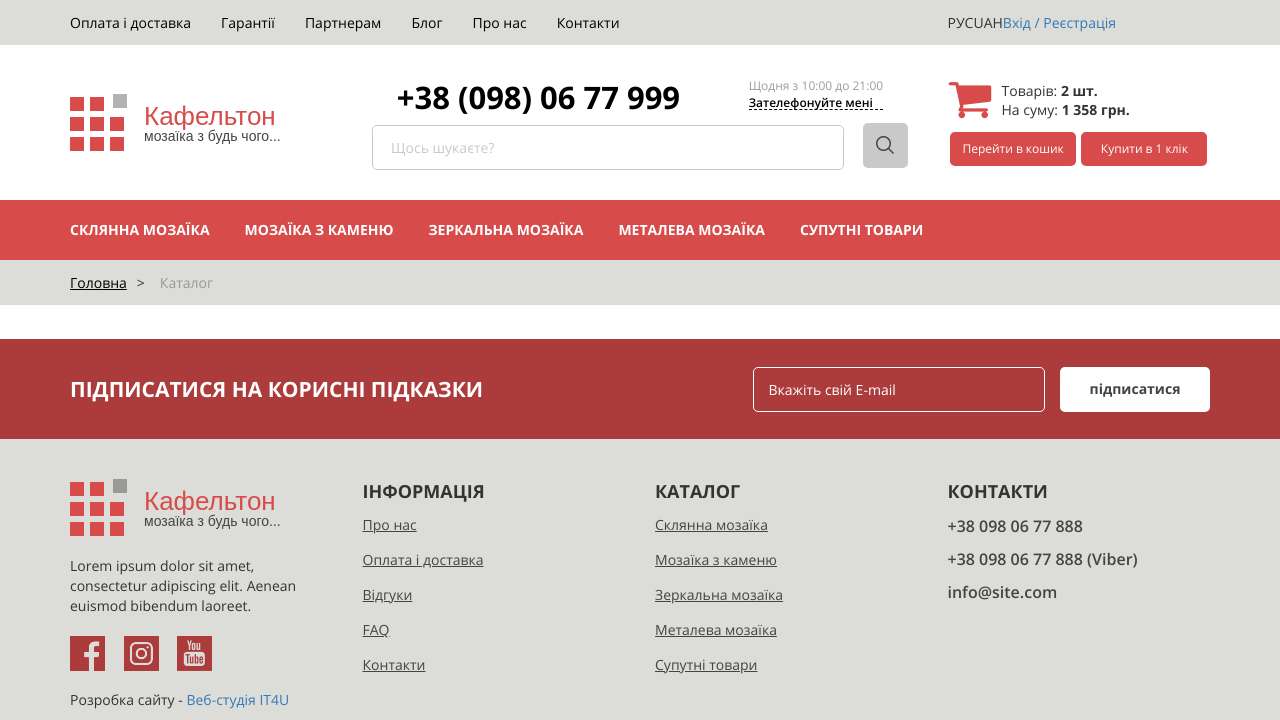
Repository: zellenka/mozaika
Page: app/index.html
An editor plug-in stored every save of this project. The page is shown before and after the next save, followed by the edit.
The browser window is 1280 px wide. The pictures show the whole page.
Some web fonts or font styles are not loaded; a fallback is used. The style sheet was rebuilt from its Sass, Less or Tailwind sources for each picture, by a compiler version that may differ from the author's.

Above is the page before, as saved 2018-07-13 16:32:07.
Console error (its wording comes from the project's code and is left out).

After the next save:
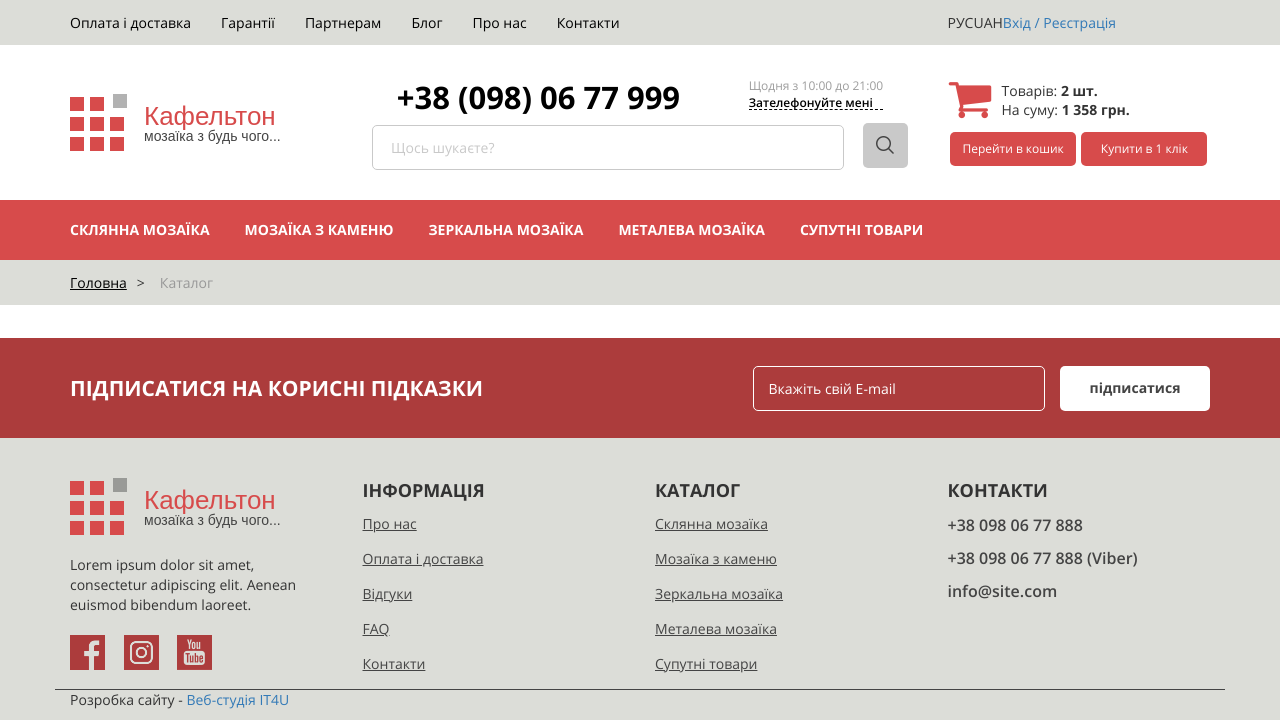
Saved 32 s later.
--- a/app/sass/main.sass
+++ b/app/sass/main.sass
@@ -316,3 +316,6 @@ ul
         color: #444444
         font-size: 16px
         font-family: Open-Sans-Semibold
+
+.footer-sub
+    border-top: 1px solid #444444
